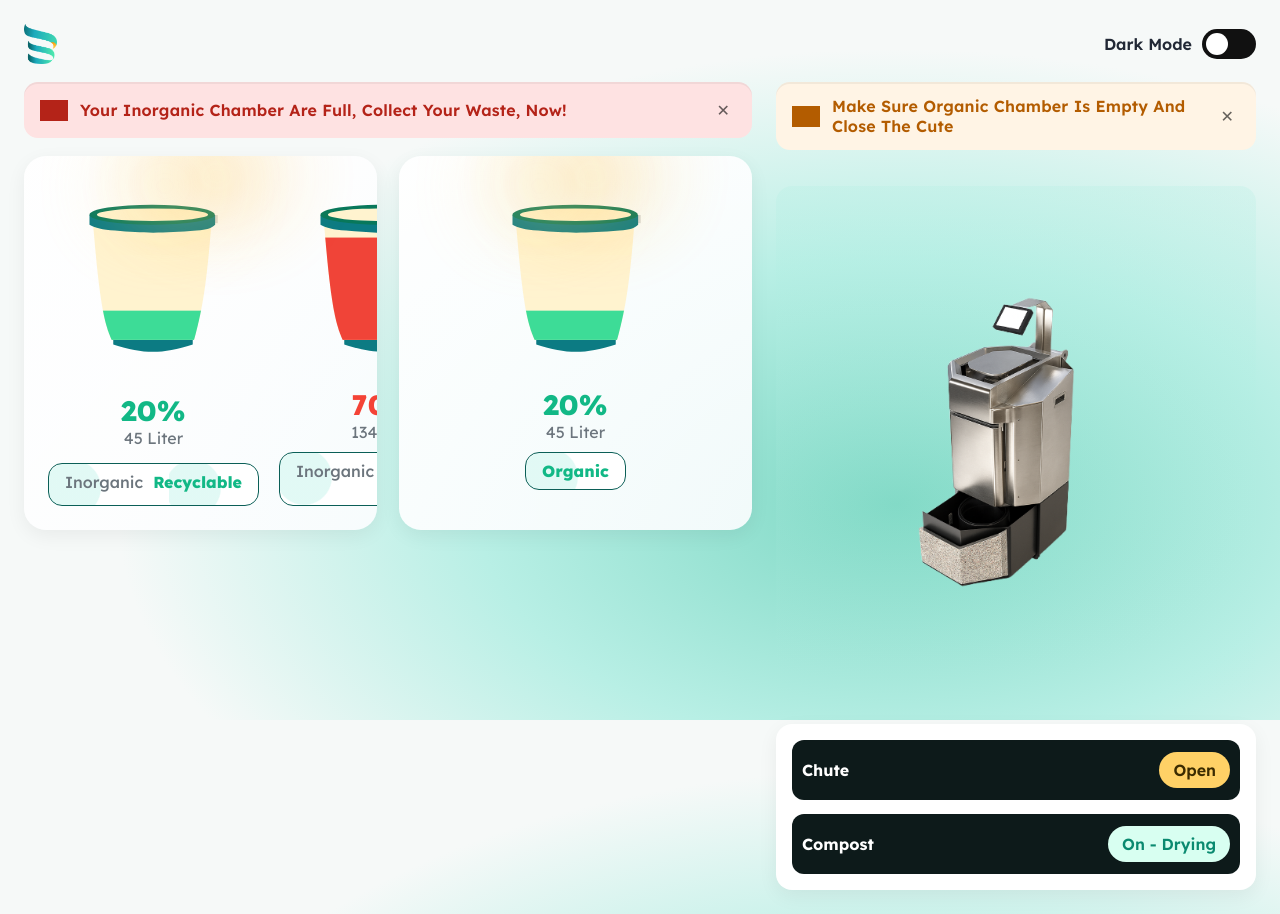
Repository: william-saputra/nusabin
Page: pages/homepage.html
An editor plug-in stored every save of this project. The page is shown before and after the next save, followed by the edit.
The browser window is 1280 px wide. The pictures show the whole page.
Pictures or frames that could not be fetched are drawn as grey boxes. Backgrounds fixed to the window are drawn as part of the page.

Above is the page before, as saved 2025-08-12 23:05:41.

After the next save:
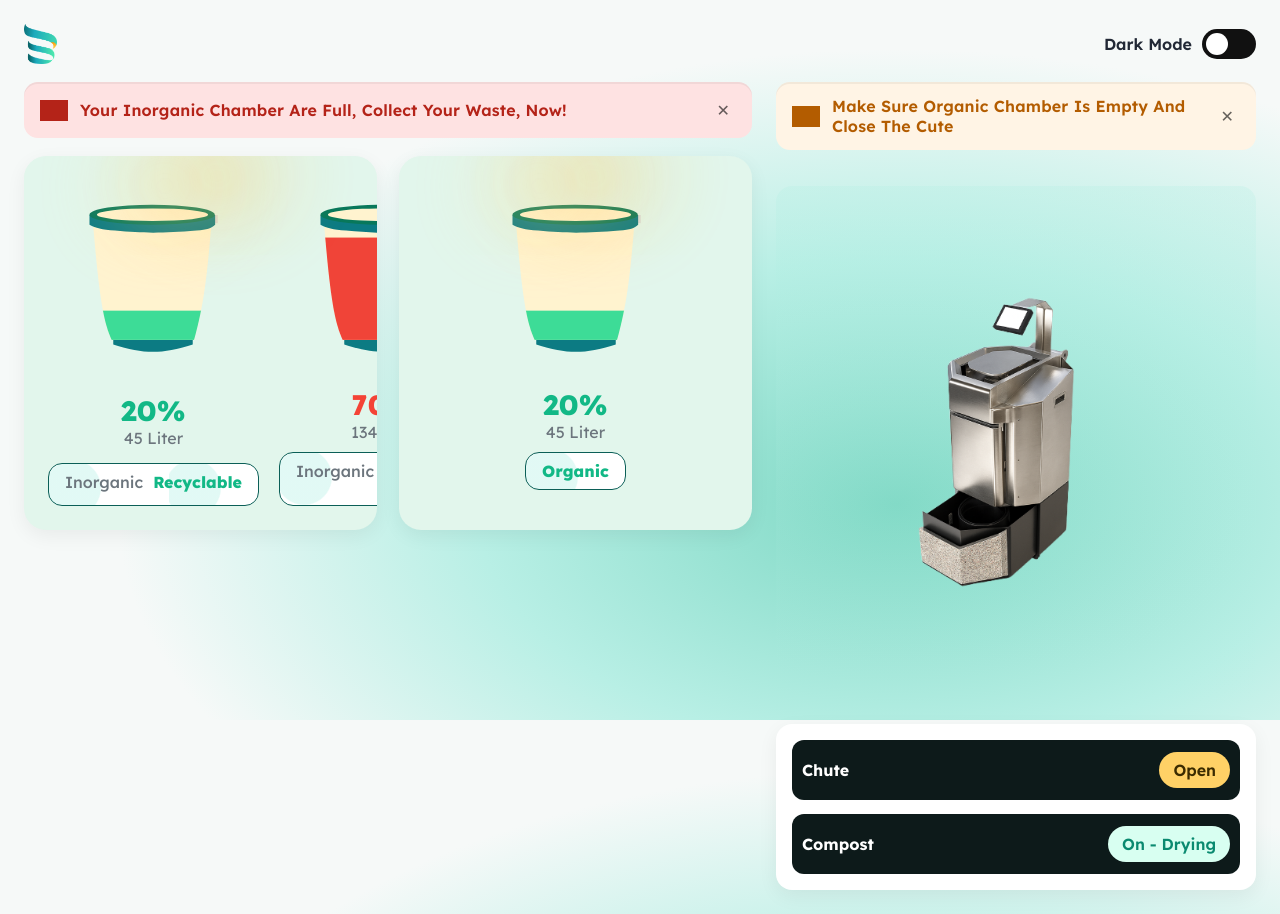
Saved 15 s later.
--- a/styles/pages/homepage.css
+++ b/styles/pages/homepage.css
@@ -1,6 +1,6 @@
 /* Page-specific fine-tuning for Homepage */
-.homepage .card-buckets { background: linear-gradient(135deg, rgba(255,255,255,0.95), rgba(252,253,255,0.9)); }
-.homepage .card-bucket-single { background: linear-gradient(135deg, rgba(255,255,255,0.95), rgba(252,253,255,0.9)); }
+.homepage .card-buckets { background: #E2F6EC; }
+.homepage .card-bucket-single { background: #E2F6EC; }
 
 .homepage .bucket-item .bucket { filter: drop-shadow(0 10px 24px rgba(0,0,0,.08)); }
 .homepage .bucket-item .percent { letter-spacing: .3px; }
